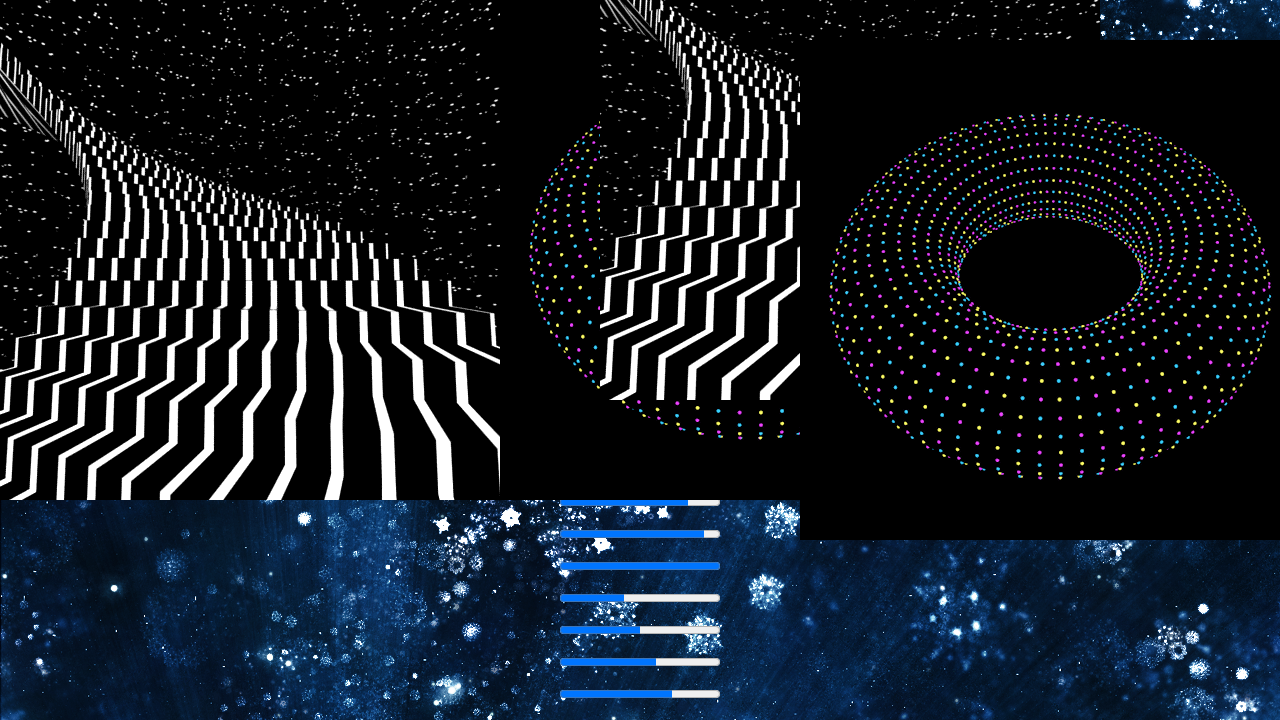
Repository: hanj291/hanj291.github.io
Page: CSS_composition/page5.html
The author's editor kept a record of every edit. The page is drawn from the files as they stood at one moment, then again after the next edit.
The browser window is 1280 px wide. The pictures show the whole page.

Above is the page before.

### CSS_composition/page5.html
<html>

	<head>
		<center>

		<h1><p style="color:#AFFAED">&#10054;LAST PAGE&#10054;</p></h1>
		<link href="page5css.css" rel="stylesheet">
	</head>
	<body>
		<div class= i1></div>
		<div class=i2></div>
		<div class=i3></div>
		<div class=i4></div>
		<div class=i5>
		<p><progress value="10" max="100"></progress>
		<p><progress value="20" max="100"></progress>
		<p><progress value="30" max="100"></progress>
		<p><progress value="80" max="100"></progress>
		<p><progress value="90" max="100"></progress>
		<p><progress value="100" max="100"></progress>
		<p><progress value="40" max="100"></progress>
		<p><progress value="50" max="100"></progress>
		<p><progress value="60" max="100"></progress>
		<p><progress value="70" max="100"></progress></div>

	<div class=i6>
		<p><progress value="10" max="100"></progress>
		<p><progress value="20" max="100"></progress>
		<p><progress value="30" max="100"></progress>
		<p><progress value="80" max="100"></progress>
		<p><progress value="90" max="100"></progress>
		<p><progress value="100" max="100"></progress>
		<p><progress value="40" max="100"></progress>
		<p><progress value="50" max="100"></progress>
		<p><progress value="60" max="100"></progress>
		<p><progress value="70" max="100"></progress></div>

	</body>
</html>

### CSS_composition/page5css.css
body {
    background-image: url(image/snow.jpeg);
}
.qq {
   z-index: 3;
}
.i1 {
    width: 500px;
    height: 500px;
    position: absolute;
    left: 0px;
    top: 0px;
    z-index: -1;
    background-image: url(image/cc.gif);
}
.i2 {
    width: 500px;
    height: 500px;
     position: absolute;
    left: 500px;
    top: 00px;
    z-index: 0;
    background-image: url(image/dd.gif);
}
.i3 {
     width: 500px;
    height: 500px;
    position: absolute;
    left:600px;
    top: -100px;
    z-index: 1;
    background-image: url(image/cc.gif);
}
.i4 {
    width: 500px;
    height: 500px;
     position: absolute;
    left: 800px;
    top: 40px;
    z-index: 2;
    background-image: url(image/dd.gif);
}

After the next edit:
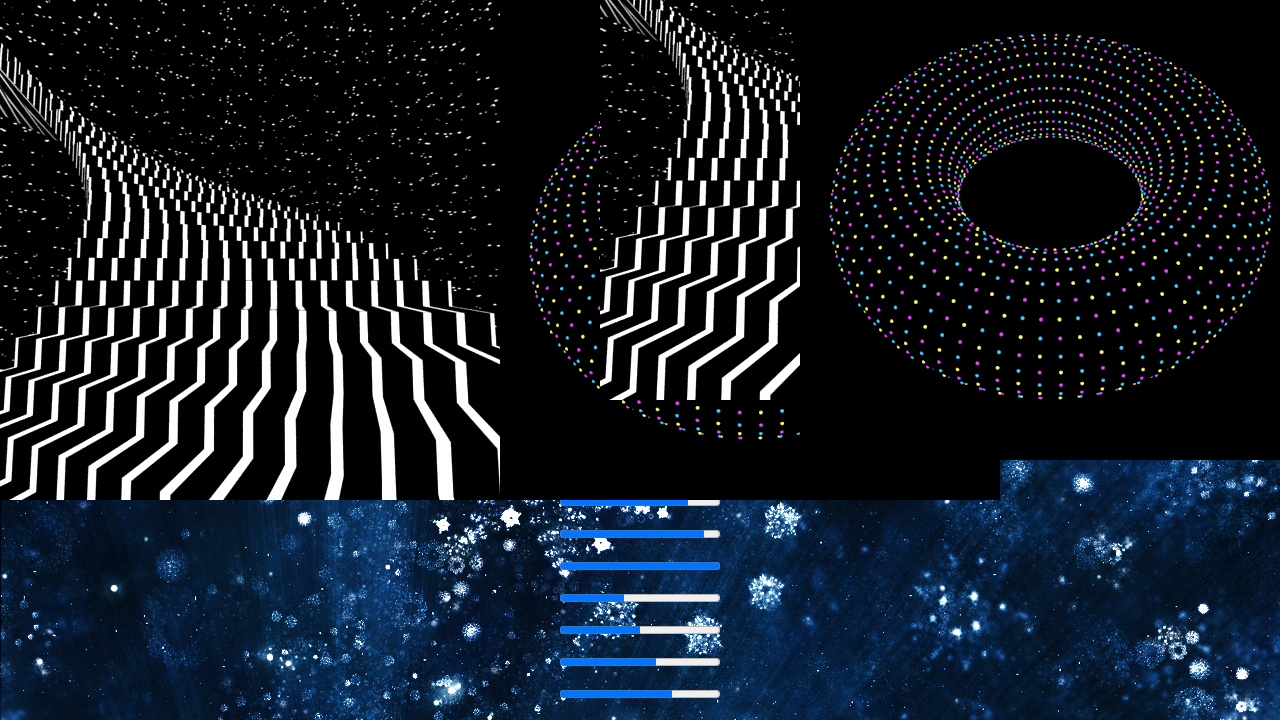
The edit:
--- a/CSS_composition/page5css.css
+++ b/CSS_composition/page5css.css
@@ -36,7 +36,7 @@
     height: 500px;
      position: absolute;
     left: 800px;
-    top: 40px;
+    top: -40px;
     z-index: 2;
     background-image: url(image/dd.gif);
 }
